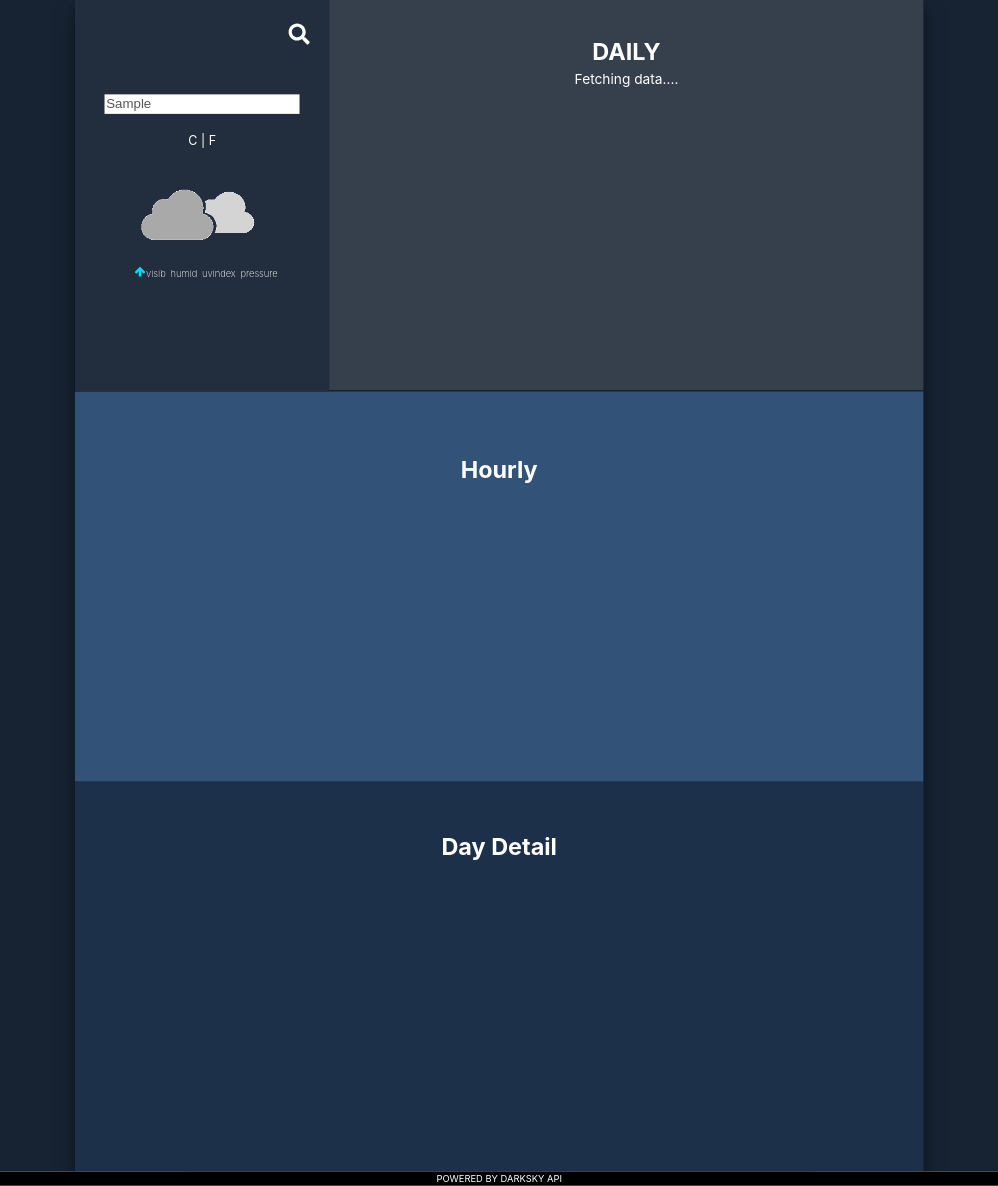
Repository: DOODpls/assignment3_weather
Page: index.html
The author's editor kept a copy of each file at every save. The page is drawn from the files as they stood at one save, then again after the next save.
The browser window is 1280 px wide. The pictures show the whole page, at 78% of full size.
Empty fields were first filled with sample values (such as "Sample", 5 or name@example.com).
After loading, the first visible `#searchbutton` was clicked once.
Some web fonts or font styles are not loaded; a fallback is used. Some web libraries are served in a nearby version.

Above is the page before, as saved 2020-01-07 21:20:11.

### index.html
<!DOCTYPE html>
<html lang="en">
    <head>
        <meta charset="UTF-8" />
        <meta name="viewport" content="width=device-width, initial-scale=1.0" />
        <meta http-equiv="X-UA-Compatible" content="ie=edge" />
        <script src="https://ajax.googleapis.com/ajax/libs/jquery/1/jquery.min.js" type="text/javascript"></script>
        <script src="https://ajax.googleapis.com/ajax/libs/jqueryui/1.10.3/jquery-ui.min.js"></script>
        <script src="https://cdnjs.cloudflare.com/ajax/libs/font-awesome/5.11.2/js/all.js"></script>
        <title>The Weathering</title>
        <link rel="shortcut icon" href="./icons/favicon.ico" />
        <link
            rel="stylesheet"
            href="https://cdnjs.cloudflare.com/ajax/libs/bulma/0.7.5/css/bulma.min.css"
            integrity="sha256-vK3UTo/8wHbaUn+dTQD0X6dzidqc5l7gczvH+Bnowwk="
            crossorigin="anonymous"
        />
        <link
            rel="stylesheet"
            href="https://cdnjs.cloudflare.com/ajax/libs/open-iconic/1.1.1/font/css/open-iconic.min.css"
            integrity="sha256-CfN2r6i/dqkUHVRqpBzO3w21SnIWalwGfj5ScBPVzmI="
            crossorigin="anonymous"
        />
        <link rel="stylesheet" href="styles.css" />
    </head>
    <body>
        <div class="page">
            <div class="main-container">
                <div class="today-container">
                  <div class="searchbutton" id="searchbutton">
                    <i class="fas fa-search"></i>
                  </div>
                  <form action="" method="post" name="form_citydetails" id="form_citydetails" enctype="multipart/form-data" onsubmit="return false;">
                    <input class="ff_elem city-text" type="text" name="ff_nm_from[]" value="" id="f_elem_city" placeholder="Type City" onkeydown="search(this)"/>
                    </form>
                    <div class="today-stage">
                      <div class="unitswitcher">
                        <div class="celcius" id='cell'>C</div>
                        <br>
                        <p>&nbsp;|&nbsp;</p>
                        <div class="farenheight" id="farr">F</div>
                      </div>
                        <div class="info-holder">
                          <div class="preload"></div>
                          <canvas id="icon0" width="150" height="150"></canvas>
                          <p class="city"></p>
                          <p class="today-temp"></p>
                          <p class="today-description"></p>
                          <p class="today-minmax"></p>
                          <div class="sub-info">
                          <p class="app-temp"></p>
                          <div class="wind-holder">
                            <p class="wind-speed"></p>
                            <div class="wind-direction"></div>
                          </div>
                          <p class="visibility">visib</p>
                          <p class="humidity">humid</p>
                          <p class="uvindex">uvindex</p>
                          <p class="pressure">pressure</p>
                          </div>
                        </div>
                    </div>
                </div>

                <div class="week-container">
                  <p class="daily-title">DAILY</p>
                  <p class="week-summary">Fetching data....</p>
                  <div class="week-stage" id="week-stages">
                  </div>
                </div>
                <div class="hourly-container">
                  <p class="daily-title">Hourly</p>
                  <div class="hourly-row"></div>
                </div>
                <div class="day-details">
                  <div class="titlebar">
                    <p class="daily-title">Day Detail</p>
                    <p class="day-summ"></p>
                  </div>
                  <div class="summary-flex">
                  <div class="melovesomeclouds">
                    <p class="habanero"></p> <!-- have to name it like this bc for some readon uvindex(whatever) wont work  -->
                    <p class="cloud-cover"></p>
                  </div>

                  <div class="sunny">
                    <p class="sunrise"></p>
                    <p class="sunset"></p>
                  </div>

                  <div class="airwater">
                    <p class="humidity2"></p>
                    <p class="dew-point"></p>
                  </div>

                  <div class="wind">
                    <p class="ave-windspeed"></p>
                    <p class="ave-windgust"></p>
                  </div>
                </div>
                </div>
            </div>
        </div>
        <footer class="foooterrr">
          <a href="https://darksky.net/dev">POWERED BY DARKSKY API</a>
        </footer>
        <script src="./skycons.js"></script>
        <script src="./app.js"></script>
    </body>
</html>

### app.js

let preload = document.querySelector('.preload')
window.addEventListener('load', function(){
  preload.style.display = 'block'
})

function resetDaily(){
  let delt = document.querySelector('.week-stage') //whenever i get data from api and the weekly needs to be resetted so the loop will generate data again
      delt.innerHTML = ''

  let delthr = document.querySelector('.hourly-row')
      delthr.innerHTML =''
}

var locres = Promise.resolve
function locationData(){
navigator.geolocation.getCurrentPosition(function showLocation(position) {
  lat = position.coords.latitude;
  long = position.coords.longitude;
  locres = (lat.toFixed(4)+','+long.toFixed(4)); //////this is where i get the long and lat, locally on machine and limit it to 4 decimals
  locationname()
  render()
  resetDaily()
},function(error){
  if (error.code === error.PERMISSION_DENIED){
    locres = '53.5403912,-113.4960643'; /////if the user refuses to accept location, itll give default data... in Edmonton
    locationname()
    render()
    resetDaily()
  }
})
}


locationData()
function search(ele) {
  if(event.key === 'Enter') {
    var url3 = 'https://geocode.xyz/' + ele.value +'?json=1'   //this is where i convert the long,lat to city name, this api has a limit, so please dont abuse it huhuhuhuu
    fetch(url3)
    .then(z => z.json())
    .then(z => {
      if(ele.value == ''){
        alert('No city entered, returning to default city..')
        resetDaily()
        locationData()
      }else{
        locres = (z.latt+','+z.longt)
      render()
      resetDaily()
      locationname()
      }
    })
    .catch(err3 =>{
      alert('Failed to retrieve location data on search')
    })
  }
}


var cel = document.querySelector('.celsius')
var far = document.querySelector('.farenheight')
var unitt = 'units=ca' ////API has configuration of measurements
var windspd1 = "km/H"
var visibb = 'km'
var temppp = '°C'

document.getElementById("cell").onclick = function() { ///// this is where i convert everthing metric and imperial measurements
  unitt = 'units=ca'
    render()
    resetDaily()
    windspd1 = "km/H"
    visibb = 'km'
    temppp = '°C '
  };


far.addEventListener('click', function(){
  unitt = 'units=us'
  render()
  resetDaily()
  windspd1 = "mp/H"
  visibb = 'mi'
  temppp = '°F '
})

var skycons = new Skycons({"color": "white"});
function urlss(){ /////this is where most of the data come from
  proxyUrl = 'https://cors-anywhere.herokuapp.com/';
  url1 = 'https://api.darksky.net/forecast/c34e122a56ae30a3090687878bce72c3/' + locres +'?'+unitt   //i have to use proxy because of CORS
}



function locationname(){
  let cityy = document.querySelector('.city')
  var url2 = 'https://geocode.xyz/' + locres +'?json=1'   //this is where i convert the long,lat to city name
  fetch(url2)
  .then(y => y.json())
  .then(y => {
    cityy.textContent = y.city +', '+ y.country

  })
  .catch (err2 => {
    alert('Failed to retrieve location data.')
  })
}

//---------------------------------CURRENT------------------------------------------------//

function render(){

  let htem = document.querySelector('.today-temp')
  let desc = document.querySelector('.today-description')
  let apptemp = document.querySelector('.app-temp')
  let datenow = document.querySelector('.today-minmax')
  let windir = document.querySelector('.wind-direction')
  let windspd = document.querySelector('.wind-speed')
  let visib = document.querySelector('.visibility')
  let humid = document.querySelector('.humidity')
  let uvind = document.querySelector('.uvindex')
  let press = document.querySelector('.pressure')

  let weeksumm = document.querySelector('.week-summary')
  let dailycont = document.querySelector('.week-day-container')

  // var d = new Date()
  // var d2 = d.getDate()+'/'+(d.getMonth()+1)
  // var datetoday = d2


  urlss()
  fetch(proxyUrl + url1)
  .then(x => x.json())
  .then(x => {


  times = new Date( x.currently.time *1000).toLocaleTimeString("en-US", {timeZone: x.timezone}).replace(/([\d]+:[\d]{2})(:[\d]{2})(.*)/, "$1$3");
  htem.textContent = x.currently.temperature.toFixed(1)+temppp
  apptemp.textContent = 'Feels like:  '+ x.currently.apparentTemperature.toFixed(1)+temppp
  desc.textContent = x.currently.summary
  datenow.textContent = times
  windspd.textContent = 'Wind:  ' + x.currently.windSpeed + windspd1
  windir.style.transform = 'rotate(-'+x.currently.windBearing+'deg)'

  visib.textContent = 'Visibility:  '+ x.currently.visibility.toFixed(2) + visibb
  humid.textContent = 'Humidity:  ' + x.currently.humidity.toFixed(1) * 100+'%'
  uvind.textContent = 'UV Index:  '+ x.currently.uvIndex
  press.textContent = 'Pressure:  '+ x.currently.pressure+' hPa'


//==========================================WEEKLY=================================================//


  weeksumm.textContent = x.daily.summary
  preload.style.display = 'none'


  skycons.set("icon0", Skycons = x.currently.icon);
  skycons.play();////this is where the icon animation comes from, API default

  for(i=0;i<8;i++){ /////loop based on the data given by the json, starts with 0 ends with 7

    dately = new Date( x.daily.data[i].time *1000)

    var datel = dately.getDate()+'/'+(dately.getMonth()+1)
    var datetoday = datel



    const spann = document.createElement('span')
    spann.className = 'spanini'
    spann.id = 'spanini'
    const divs = document.createElement('div') ////////////i was planning to make the weekly divs clickable so i can change the hourly based on the day that i clicked, but im too dumb so ididnt do it.
    divs.className = ('week-day-container')
    const divsholdr = document.querySelector('.week-stage')
    const canv = document.createElement('canvas')
    canv.id = ('icons'+(i+1))
    canv.height = 120
    canv.width = 100


    divs.appendChild(canv)
    divsholdr.appendChild(spann)
    spann.appendChild(divs)

    const rainn = document.createElement('p')
    rainn.textContent = 'Rain: ' + x.daily.data[i].precipProbability.toFixed(1)* 100 +'%'
    divs.appendChild(rainn)

    const dates = document.createElement('p')
    dates.className = 'date-now'
    dates.textContent = datetoday
    divs.appendChild(dates)

    const br = document.createElement('br')
    divs.appendChild(br)

    const temph = document.createElement('p')
    temph.textContent = 'High: '+ x.daily.data[i].temperatureHigh + temppp
    divs.appendChild(temph)

    const tempL = document.createElement('p')
    tempL.textContent = 'Low: ' + x.daily.data[i].temperatureLow + temppp
    divs.appendChild(tempL)

    const summ = document.createElement('p')
    summ.textContent = x.daily.data[i].summary
    summ.style.textAlign ='center'
    summ.style.fontWeight='bold'
    divs.appendChild(summ)
  }
  for(y=0;y<8;y++){
    skycons.set('icons'+(y+1), Skycons = x.daily.data[y].icon) //////seperate loop for icons
  }



//--------------------------------------------HOURLY-------------------------------------------------//

  for(p=0; p<20;p++){/////////////the limit is 20, i tried to put 40 but it wont load

    golden = x.hourly.data[p].time

    /////////////////////this is where i convert unix time to AP/PM
    times = new Date( golden *1000).toLocaleTimeString("en-US", {timeZone: x.timezone}).replace(/([\d]+:[\d]{2})(:[\d]{2})(.*)/, "$1$3");
    const hourlyDivs = document.createElement('div')
    hourlyDivs.className = ('hourly-cards')
    const hourlyHolder = document.querySelector('.hourly-row')
    hourlyHolder.appendChild(hourlyDivs)

    const canv2 = document.createElement('canvas')
    canv2.id = ('icons'+(p+9))
    canv2.height = 120
    canv2.width = 100
    hourlyDivs.appendChild(canv2)

    const tempp = document.createElement('P')
    tempp.textContent = x.hourly.data[p].temperature + temppp
    hourlyDivs.appendChild(tempp)

    const hrsumm = document.createElement('p')
    hrsumm.textContent = x.hourly.data[p].summary
    hrsumm.style.textAlign = 'center'
    hourlyDivs.appendChild(hrsumm)

    const br = document.createElement('br')
    hourlyDivs.appendChild(br)

    const hrlyrain = document.createElement('p')
    hrlyrain.textContent ='Rain: ' + x.hourly.data[p].precipProbability.toFixed(1) * 100+'%'
    hourlyDivs.appendChild(hrlyrain)

    const windspeedcont = document.createElement('div')
    windspeedcont.className = 'loopwind'
    hourlyDivs.appendChild(windspeedcont)

    const rotatearrow = document.createElement('div')
    rotatearrow.className = 'arrow-rotator'
    rotatearrow.style.transform = 'rotate(-'+x.hourly.data[p].windBearing+'deg)'
    windspeedcont.appendChild(rotatearrow)

    const windsp = document.createElement('p')
    windsp.textContent = x.hourly.data[p].windSpeed+windspd1
    windspeedcont.appendChild(windsp)

    const hrlytime = document.createElement('p')
    hrlytime.textContent = times
    hourlyDivs.appendChild(hrlytime)
  }

  for(u=0;u<20;u++){
    skycons.set('icons'+(u+9), Skycons = x.hourly.data[u].icon) ////// i have to seperate the loop for the icons..
  }

  //////////////////-------------------daily detail--------------------///////////////////////
  /////convertin time again to AM/PM
  sunriseee = new Date( x.daily.data[0].sunriseTime *1000).toLocaleTimeString("en-US", {timeZone: x.timezone}).replace(/([\d]+:[\d]{2})(:[\d]{2})(.*)/, "$1$3");
  sunseteee = new Date( x.daily.data[0].sunsetTime *1000).toLocaleTimeString("en-US", {timeZone: x.timezone}).replace(/([\d]+:[\d]{2})(:[\d]{2})(.*)/, "$1$3");
  getelement()
  daysumm.textContent = "Summary: " + x.daily.data[0].summary
  cloudcov.textContent = "Cloud Cover: " + x.daily.data[0].cloudCover.toFixed(1) *100+'%'
  sunris.textContent = "Sunrise: " + sunriseee
  sunset.textContent = "Sunset: " + sunseteee
  humidt.textContent = "Humidity: " + x.daily.data[0].humidity.toFixed(1) * 100+'%'
  dewpt.textContent = "Dew Point: " + x.daily.data[0].dewPoint+temppp
  avewinds.textContent = "Wind Speed: " + x.daily.data[0].windSpeed+windspd1
  avewindg.textContent = "Wind Gust: " + x.daily.data[0].windGust+windspd1
  habaneror.textContent = "UV Index: " + x.daily.data[0].uvIndex
  })
  .catch( err => {
    alert('Failed to retireve data')
  })

}

function getelement(){
  daysumm = document.querySelector('.day-summ')
  cloudcov = document.querySelector('.cloud-cover')
  sunris = document.querySelector('.sunrise')
  sunset = document.querySelector('.sunset')
  humidt = document.querySelector('.humidity2')
  dewpt = document.querySelector('.dew-point')
  avewinds = document.querySelector('.ave-windspeed')
  avewindg = document.querySelector('.ave-windgust')
  habaneror = document.querySelector('.habanero') //uvindex(whatever) wont work idk why
}


// __________________________      Auto Complete     _________________________________________________

jQuery(function () {
  jQuery("#f_elem_city").autocomplete({
  source: function (request, response) {
    jQuery.getJSON(
    "https://secure.geobytes.com/AutoCompleteCity?key=7c756203dbb38590a66e01a5a3e1ad96&callback=?&q="+request.term,
    function (data) {
      response(data);
      console.log(data)
    }
    );
  },
  minLength: 3
  });
});


$( "#searchbutton" ).click(function() {
  $('.city-text').addClass('.city-text-appear');
});

// window.addEventListener('load', function () {
//   var datee = document.getElementsByClassName('date-now')
//   console.log(datee)
//   console.log(datee.length)
//   console.log(datee[0])               getting value of html tag via htmlcollection.. but it doenst work
// });

Loaded but not shown: skycons.js (726 lines, source omitted); styles.css (468 lines, source omitted)

After the next save:
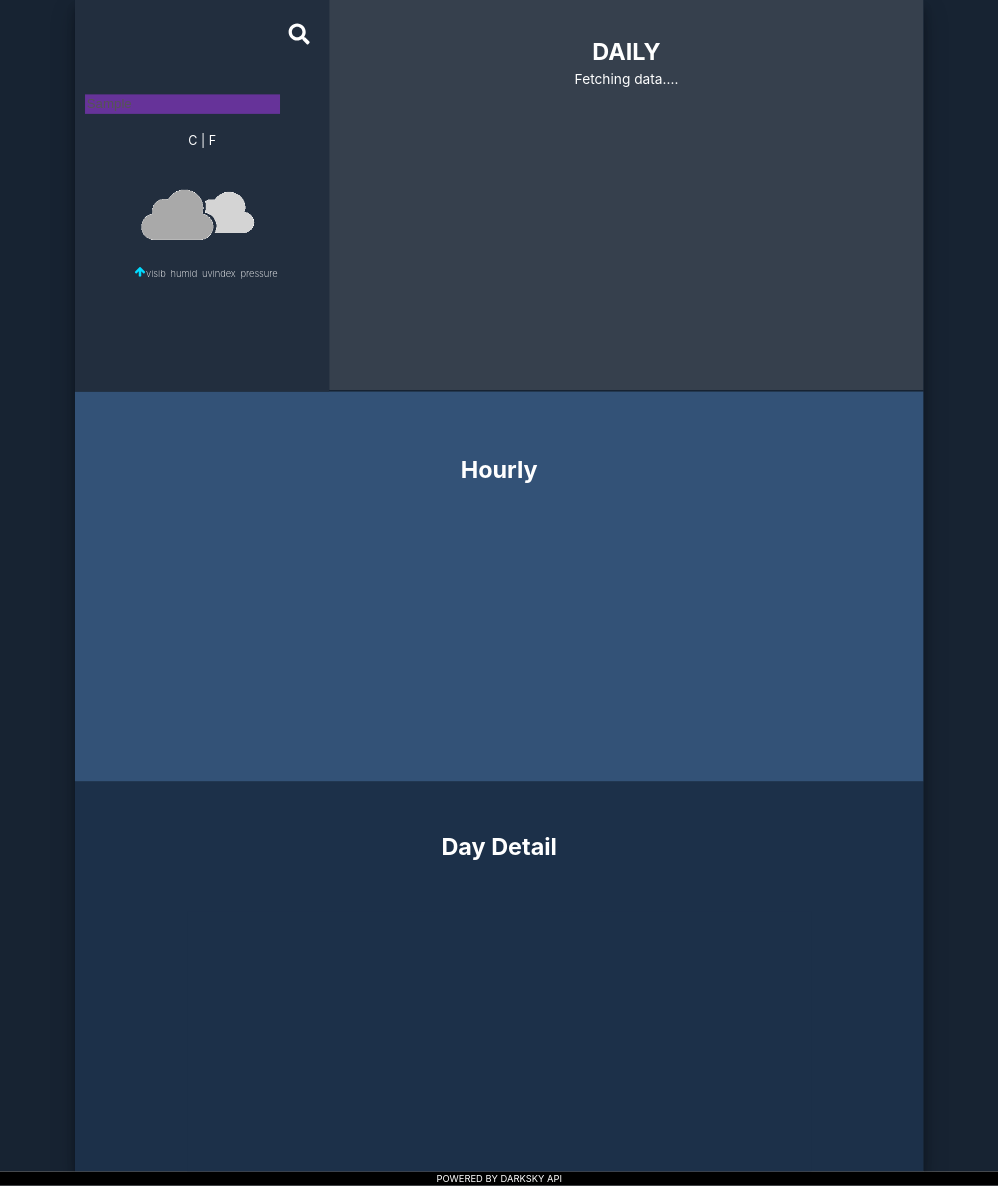
Saved 25 s later.
--- a/app.js
+++ b/app.js
@@ -325,7 +325,7 @@ jQuery(function () {
 
 
 $( "#searchbutton" ).click(function() {
-  $('.city-text').addClass('.city-text-appear');
+  $('.city-text').addClass('city-text-appear');
 });
 
 // window.addEventListener('load', function () {
